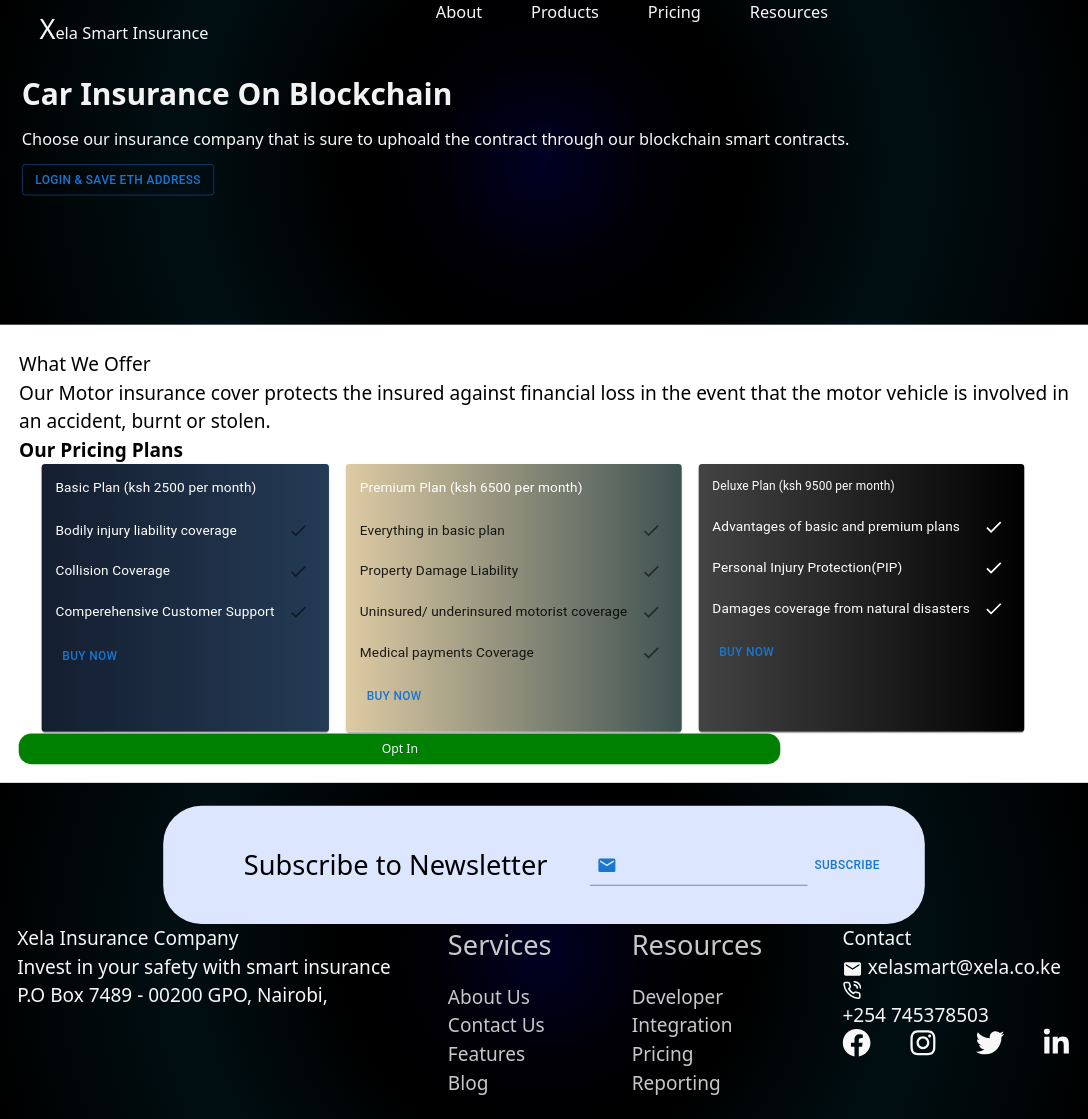
Repository: ALVIN-OBONYO/Xela-smart_insuarance
Page: / (app in frontend/)
The author's editor kept a copy of each file at every save. The page is drawn from the files as they stood at one save, then again after the next save.
The browser window is 1280 px wide. The pictures show the whole page, at 85% of full size.
The project was rebuilt for these pictures with package versions that can differ from the ones it lists, and the page was loaded fresh each time. Also part of the build but not shown: frontend/src/Pages/Policies.jsx, frontend/src/Components/Calendar.css, frontend/src/Components/Calendar.jsx, frontend/src/Components/Input.js, frontend/src/Components/Upload.css, frontend/src/Components/Upload.js, frontend/src/Pages/ReportForm.jsx, frontend/src/Pages/Report.jsx and 2 more.

Above is the page before, as saved 2022-10-04 08:50:44.

### frontend/public/index.html
<!DOCTYPE html>
<html lang="en">
  <head>
    <meta charset="utf-8" />
    <link rel="icon" href="%PUBLIC_URL%/favicon.ico" />
    <meta name="viewport" content="width=device-width, initial-scale=1" />
    <meta name="theme-color" content="#000000" />
    <meta
      name="description"
      content="Web site created using create-react-app"
    />
    <link rel="apple-touch-icon" href="%PUBLIC_URL%/logo192.png" />
    <!--
      manifest.json provides metadata used when your web app is installed on a
      user's mobile device or desktop. See https://developers.google.com/web/fundamentals/web-app-manifest/
    -->
    <link rel="manifest" href="%PUBLIC_URL%/manifest.json" />
    <!--
      Notice the use of %PUBLIC_URL% in the tags above.
      It will be replaced with the URL of the `public` folder during the build.
      Only files inside the `public` folder can be referenced from the HTML.

      Unlike "/favicon.ico" or "favicon.ico", "%PUBLIC_URL%/favicon.ico" will
      work correctly both with client-side routing and a non-root public URL.
      Learn how to configure a non-root public URL by running `npm run build`.
    -->
    <title>React App</title>
  </head>
  <body>
    <noscript>You need to enable JavaScript to run this app.</noscript>
    <link
    href="https://unpkg.com/tailwindcss@^1.0/dist/tailwind.min.css"
    rel="stylesheet"
  />
  <script
    src="https://cdnjs.cloudflare.com/ajax/libs/web3/1.6.1/web3.min.js"
    integrity="sha512-5erpERW8MxcHDF7Xea9eBQPiRtxbse70pFcaHJuOhdEBQeAxGQjUwgJbuBDWve+xP/u5IoJbKjyJk50qCnMD7A=="
    crossorigin="anonymous"
    referrerpolicy="no-referrer"
  ></script>
    <div id="root"></div>
    <!--
      This HTML file is a template.
      If you open it directly in the browser, you will see an empty page.

      You can add webfonts, meta tags, or analytics to this file.
      The build step will place the bundled scripts into the <body> tag.

      To begin the development, run `npm start` or `yarn start`.
      To create a production bundle, use `npm run build` or `yarn build`.
    -->
  </body>
</html>

### frontend/src/index.js
import React from 'react';
import ReactDOM from 'react-dom/client';
import './index.css';
import App from './App';
import reportWebVitals from './reportWebVitals';
import { BrowserRouter } from 'react-router-dom';
const root = ReactDOM.createRoot(document.getElementById('root'));
root.render(
  <React.StrictMode>
     <BrowserRouter>
       <App />
    </BrowserRouter>
  </React.StrictMode>
);

// If you want to start measuring performance in your app, pass a function
// to log results (for example: reportWebVitals(console.log))
// or send to an analytics endpoint. Learn more: https://bit.ly/CRA-vitals
reportWebVitals();

### frontend/src/App.jsx
import './App.css';
import RoutePages from './Components/RoutePages';

function App() {
  return (
    <div className="App">
      <RoutePages/>
    </div>
  );
}

export default App;

### frontend/src/Components/RoutePages.jsx
import React from 'react'
import { Routes, Route} from 'react-router-dom'
import EntryPage from '../Pages/Entrypage'
import PolicyMaker from '../Pages/Policies'
import ReportForm from '../Pages/ReportForm'
import Report from '../Pages/Report'
import ReportInfo from '../Pages/ReportInfo'
import FormPagination from './FormPagination'
const RoutePages = () => {
    return (


   <Routes>

    <Route exact path="/" element={<EntryPage />} />
    <Route path="policy" element={<PolicyMaker />} />

    <Route path="report/2" element={<ReportForm/> } />
    <Route path="report/1" element={<ReportInfo />} />
    <Route path="report/*" element={<FormPagination />} />

   </Routes>


    )
}

export default RoutePages

### frontend/src/Pages/Entrypage.jsx
import React, {useState, useRef} from 'react'
import "../Components/Navbar.css"
import { FaTimes, FaBars, FaInstagram, FaTwitter, FaLinkedinIn, FaFacebook, } from 'react-icons/fa'
import {FiPhoneCall} from 'react-icons/fi'
import { Link} from 'react-router-dom'
import { loginWithEth } from '../Services/LoginWithEth'
import { truncateAddress } from '../Services/TruncateAddress'
import Web3 from 'web3'
import { getContractSymbol } from '../Services/Contract'
import TextField from '@mui/material/TextField'
import Button from "@mui/material/Button"
import FormGroup from "@mui/material/FormGroup"
import PlanCard from "../Components/Cards"
import EmailIcon from "@mui/icons-material/Email"
import { IconButton, InputAdornment } from '@mui/material'
import Typography from '@mui/material/Typography'
const Entrypage = () => {
        const [navButton, setNavButton] = useState(false)
        const [policy, setPolicy] = useState("")
        const switchNavState = () => setNavButton(!navButton)
        const buttonLogout = useRef(null)
        const yourAddress = useRef()
        window.userAddress = null



        window.onload = async () => {
            if (window.ethereum) {
                window.web3 = new Web3(window.ethereum)
            } else {
                alert("No ETH browser extension detected.")
            }
        }

        function showAddress() {
          if (!window.userAddress) {
            yourAddress.current.innerText = ""
            buttonLogout.current.classList.add("hidden")
             return false
        }

        yourAddress.innerText = `ETH Address: ${truncateAddress(window.userAddress)}`
        buttonLogout.classList.remove("hidden")
    }

         function logout() {
            window.userAddress = null
            window.localStorage.removeItem(buttonLogout)
            showAddress()
}

    return (
        <>
        <header>
        <nav id="my-nav">
        <h1 className='brand'><span className='X'>X</span>ela Smart Insurance</h1>
        <div className='toogleNav' onClick={switchNavState} >{navButton ?
        <div id="bars">

            <FaBars size="2.5em"/>
            </div> :
            <div className = "navflex">
            <div id="times">
                <FaTimes />
                </div>
            <h4>About</h4>
            <h4>Products</h4>
            <h4>Pricing</h4>
            <h4>Resources</h4>
            </div>

}
        </div>
        <div className='nav-section'>
            <h4>About</h4>
            <h4>Products</h4>
            <h4>Pricing</h4>
            <h4>Resources</h4>
        </div>
        </nav>
        <section className="top-descr" id='top'>
            <h1 id="top-h3">Car Insurance On Blockchain</h1>
            <p id="top-pg">Choose our insurance company that is sure to uphoald the contract through our blockchain smart contracts.</p>
            <div id="policy-sec">
                {/* <FormGroup row >
               <TextField
                variant="outlined"
                placeholder='Enter your policy number'
                sx={{
                    borderRadius: 0,
                    padding: 0
                }}
                />
                <Button variant="contained" sx={{
                    borderRadius: 0,
                    padding: "6px"
                }}>Verify</Button>
                    </FormGroup> */}

            <Button variant="outlined" onClick={loginWithEth}>Login & Save ETH Address
                </Button>
                <p id="userAddress" className="text-gray-600" ref={yourAddress}></p>
                <button id="logoutButton" onClick={logout} className="hidden text-blue-500 underline" ref={buttonLogout}>Logout</button>
                           </div>
        </section>
        </header>
        <div className='about-descr' id="descr">
            <h2>What We Offer</h2>
            <p>
            Our Motor insurance cover protects the insured against financial loss in the event that the motor vehicle is involved in an accident, burnt or stolen.</p>

            <p>


<b>Our Pricing Plans</b>
</p>
<PlanCard />
            <Link to="/policy"><button id="buy-policy" onClick={getContractSymbol}>Opt In</button></Link>
        </div>
        <div id="land-footer">
            <div className="news-mail">
                <h2>Subscribe to Newsletter</h2>

                     <TextField
                       variant="standard"
                       id='input-with-icon-textfield'
                       InputProps={{
                        startAdornment: (
                            <InputAdornment position="start">
                                <IconButton edge="end" color='primary'>
                                    <EmailIcon />
                                </IconButton>

                            </InputAdornment>
                        )
                       }}

                       />
                        <Button>Subscribe</Button>


            </div>
            <div className="footer-service">
            <div>
                <h2>Xela Insurance Company</h2>
                <p>Invest in your safety with smart insurance</p>
                <h4>P.O Box 7489 - 00200 GPO, Nairobi,</h4>
            </div>
            <div className='footer-sect'>
                <h2>Services</h2>
                <ul className='sect-bottom'>
                <li>About Us</li>
                <li>Contact Us</li>
                <li>Features</li>
                <li>Blog</li>
                </ul>
            </div>
            <div className='footer-sect'>
                <h2>Resources</h2>
                <ul className="sect-bottom">
                <li>Developer</li>
                <li>Integration</li>
                <li>Pricing</li>
                <li>Reporting</li>
                </ul>
            </div>
            <div>
                <h2>Contact</h2>
                <ul>
                <li><EmailIcon /> xelasmart@xela.co.ke</li>
                <li><FiPhoneCall />+254 745378503</li>
                <li>
                 <div id="social-icons">
                  <FaFacebook size="1.5em"/>
                  <FaInstagram size="1.5em"/>
                  <FaTwitter size="1.5em"/>
                  <FaLinkedinIn size="1.5em"/>
             </div>
                </li>

                </ul>
            </div>

        </div>
        </div>
        </>
    )
}

export default Entrypage

### frontend/src/Components/Navbar.css
nav {
    width: 100vw;
    display: flex;
    justify-content: flex-start;
    align-items: flex-start;
}

.brand {
    flex-grow: 1;
    text-align: start;
    padding-left: 2.9rem;
    margin-top: 0.6rem;
    font-size: 1.2rem;
}

.X {
    font-size: 2rem;

}
.nav-section {
    display: flex;
    flex-grow: 1;
    gap: 3em;
    font-size: 1.2rem;
    padding-right: 2em;
    justify-content: flex-start;
    align-items: center;
}
.top-descr  {
    margin-top: 0;
    padding: 1em;
    text-align: justify;
    font-size: 1.6rem;
    height: 45vh;

}


#descr {
    margin-top: 0.5rem;
    padding: 1em;
    text-align: justify;
    font-size: 1.4rem;

}

#top > h1 {
    font-size: 2.2rem;
    font-weight: 700;
    color: rgba(255, 255, 255, 0.952);
    margin-bottom: 0.4em;

}
header {
    background: rgb(2,0,36);
background: radial-gradient(circle, rgba(2,0,36,1) 0%, rgba(1,0,5,1) 20%, rgba(0,0,0,1) 35%, rgba(0,15,19,1) 64%, rgba(0,0,0,1) 100%);
    color: rgb(248, 248, 248);
}


#top-pg {

    font-size: 1.2rem;
    margin-bottom: 0.9rem;
}
#policy-sec {
    display: flex;
    gap: 0.8em;

}
input[type=text] {
    flex-grow: 1;
    height: 2.5em;
}
#btn-policy {
    background-color: rgb(0, 39, 90);
    flex-grow: 1;
    color: wheat;
    border: none;
    margin-top: 0.8em;
    border-radius: 5px;
    padding: 0.6rem;
    font-size: 1.4rem;
    font-weight: 500;

}
#buy-policy {
    width: 70vw;
    height: 2.5em;
    border: none;
    background-color: #008000;
    color:aliceblue;
    font-size: 0.9rem;
    border-radius: 15px;
}
#social-icons {
    display: flex;
    gap: 2em;
}
#land-footer {
    background: rgb(2,0,36);
    background: radial-gradient(circle, rgba(2,0,36,1) 0%, rgba(1,0,5,1) 20%, rgba(0,0,0,1) 35%, rgba(0,15,19,1) 64%, rgba(0,0,0,1) 100%);
    color: rgb(248, 248, 248);
    position: relative;
    padding: 1.2em  0.9em;
    font-size: 1.4rem;
    /* display: flex;
    justify-content: center;
    align-items: center; */
}

.news-mail {
    display: flex;
    background-color: rgb(220, 230, 255);
    color: rgb(0, 0, 0);
    flex-direction: row;
    flex-wrap: wrap;
    padding: 2em;
    max-width: 70vw;
    border-radius: 2em;
    margin: auto;

}

.news-mail > h2 {
    flex-grow: 1;
    font-size: 2rem;
}

.footer-service {
    display: flex;
    flex-direction: row;
    flex-wrap: wrap;
    gap: 3em;
    text-align: justify;
}

.footer-sect {
    font-size: 2rem;
    color:rgba(218, 218, 218, 0.918);
    flex-grow: 1;
}

.sect-bottom {
    margin-top: 1.3rem;
    font-size: 1.4rem;
}
.navflex {
    display: flex;
    flex-direction: column;
    justify-content: center;
    align-items: center;
    gap: 2em;
    background-color: rgba(19, 20, 27, 0.918);
    color: white;
    width: 100vw;
    height: 100vh;
    right: 0;
    top: 0;
    position: absolute;
    text-transform: uppercase;
    /* animation-name: ${navanim}; */
}
@media screen and (max-width: 600px){
   .nav-section {

      display: none;
   }

   .footer-service {
    flex-direction: column;
    justify-content: center;
    align-items: center;
   }

}

@media screen and (min-width: 600px){
    .toogleNav {
        display: none;
        padding: 1.3em;
    }
}

### frontend/src/Services/LoginWithEth.js
import { showAddress } from "./showAddress";
export async function loginWithEth() {
    if (window.web3) {
        try {
            const selectedAccount = await window.ethereum.request({
                method: "eth_requestAccounts"
            })
            .then((accounts) => accounts[0])
            .catch(() => {
                throw Error("No account selected!")
            })

          window.userAddress = selectedAccount;
          window.localStorage.setItem("userAddress", selectedAccount);
        //   showAddress()
        }
        catch (error) {
            console.error(error)
        }
    } else {
        alert("No ETH browser extension detected.");
    }
}

### frontend/src/Services/TruncateAddress.js
export function truncateAddress(address) {
    if (!address) {
        return "";
    }
    return `${address.substr(0, 5)}...${address.substr(
        address.length - 5,
        address.length
      )}`;
}

### frontend/src/Services/Contract.js
window.ABI = require('./contract-abi.json')
export async function getContractSymbol() {
    const CONTRACT_ADDRESS = "0x1A5b30a61CED9B4D9c209E7F1d2fbD38657f8EB1"

    const contract = new window.web3.eth.Contract(
        window.ABI,
        CONTRACT_ADDRESS
    )

    const symbol = await contract.methods.symbol().call({
        from: window.userAddress    })

    alert(`Contract ${CONTRACT_ADDRESS} Symbol: ${symbol}`);
}

### frontend/src/Components/Cards.jsx
import * as React from 'react'
import Box from '@mui/material/Box'
import Card from '@mui/material/Card'
import CardActions from '@mui/material/CardActions'
import CardContent from '@mui/material/CardContent'
import Button from '@mui/material/Button'
import Typography from '@mui/material/Typography'
import {MdDone} from 'react-icons/md'
import List from '@mui/material/List'
import ListItem from '@mui/material/ListItem'
import ListItemText from '@mui/material/ListItemText'
import  IconButton  from '@mui/material/IconButton'

const planValues = [
    {id: 1, text: "Bodily injury liability coverage"},
    {id: 2, text: "Collision Coverage"},
    {id: 3, text: "Comperehensive Customer Support"}

]

const premium = [
    {id: 1, text: "Everything in basic plan"},
    {id: 2, text: "Property Damage Liability"},
    {id: 3, text: "Uninsured/ underinsured motorist coverage"},
    {id: 3, text: "Medical payments Coverage"},
]

const deluxe = [
    {id: 1, text: "Advantages of basic and premium plans"},
    {id: 2, text: "Personal Injury Protection(PIP)"},
    {id: 3, text: "Damages coverage from natural disasters"},

]
const PlanCard = () => {
    return (
        <Box sx={{ display: "flex", mx: "1.2em", flexDirection: "row", flexWrap: "wrap", gap: "0.9em"}}>
        <Card sx={{background: 'linear-gradient(to right, #141e30, #243b55)', color: 'white'}}>
        <CardContent>
            <Typography sx={{ fontSize: 16}} color="text.primary             " gutterBottom>
                Basic Plan   (ksh 2500 per month)
            </Typography>
            <List sx={{ width: '100%'}}>
                {planValues.map((elem)=> (
                <ListItem key={elem.id} disableGutters secondaryAction={
                    <IconButton>
                        <MdDone />
                    </IconButton>
                }>
                <ListItemText primary={elem.text} />
                </ListItem>
                ))}
            </List>
            <Button>Buy Now</Button>
        </CardContent>
        </Card>
        <Card sx={{background: "linear-gradient(to right, #DECBA4, #3E5151)"}}>
        <CardContent>
            <Typography sx={{ fontSize: 16}} color="white" gutterBottom>
                Premium Plan   (ksh 6500 per month)
            </Typography>
            <List sx={{ width: '100%'}}>
                {premium.map((elem)=> (
                <ListItem key={elem.id} disableGutters secondaryAction={
                    <IconButton>
                        <MdDone />
                    </IconButton>
                }>
                <ListItemText primary={elem.text} />
                </ListItem>
                ))}
            </List>
            <Button>Buy Now</Button>
        </CardContent>
        </Card>
        <Card sx={{background: "linear-gradient(to right, #434343 0%, black 100%)", color: "white"}}>
        <CardContent>
            <Typography sx={{ fontSize: 14}} color="white" gutterBottom>
                Deluxe Plan   (ksh 9500 per month)
            </Typography>
            <List sx={{ width: '100%'}}>
                {deluxe.map((elem)=> (
                <ListItem key={elem.id} disableGutters secondaryAction={
                    <IconButton>
                        <MdDone color="white"/>
                    </IconButton>
                }>
                <ListItemText primary={elem.text} />
                </ListItem>
                ))}
            </List>
            <Button>Buy Now</Button>
        </CardContent>
        </Card>
        </Box>
    )
}

export default PlanCard

Loaded but not shown: frontend/src/index.css (common file); frontend/src/reportWebVitals.js (common file); frontend/src/App.css (common file); frontend/src/Services/contract-abi.json (501 lines, source omitted); frontend/src/Services/showAddress.js (no stored copy; drawn as an empty file)

After the next save:
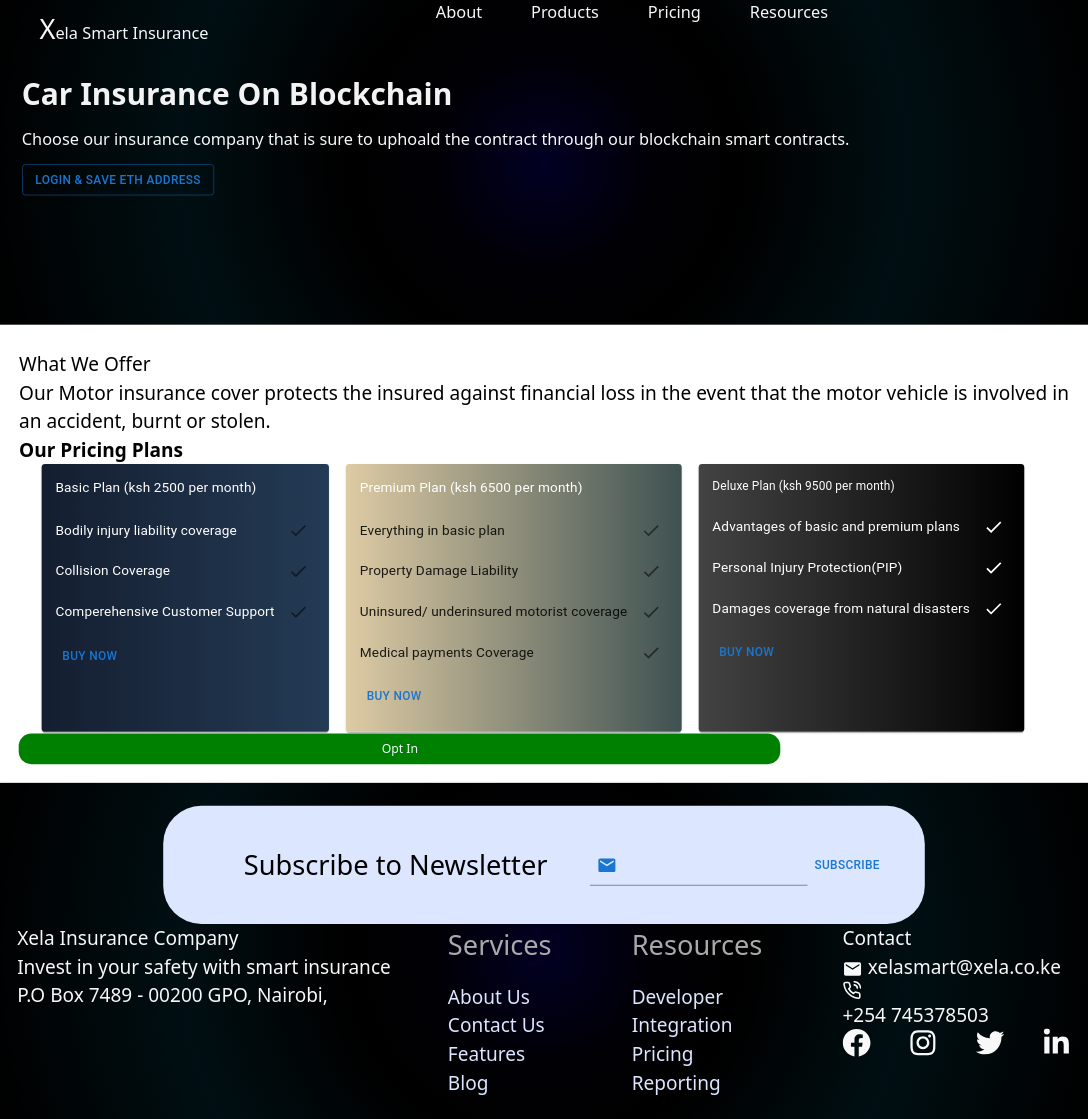
Saved 57 s later.
--- a/frontend/src/Components/Navbar.css
+++ b/frontend/src/Components/Navbar.css
@@ -137,13 +137,14 @@ input[type=text] {
 
 .footer-sect {
     font-size: 2rem;
-    color:rgba(218, 218, 218, 0.918);
+    color:rgba(184, 184, 184, 0.918);
     flex-grow: 1;
 }
 
 .sect-bottom {
     margin-top: 1.3rem;
     font-size: 1.4rem;
+    color:rgb(220, 230, 255)
 }
 .navflex {
     display: flex;
